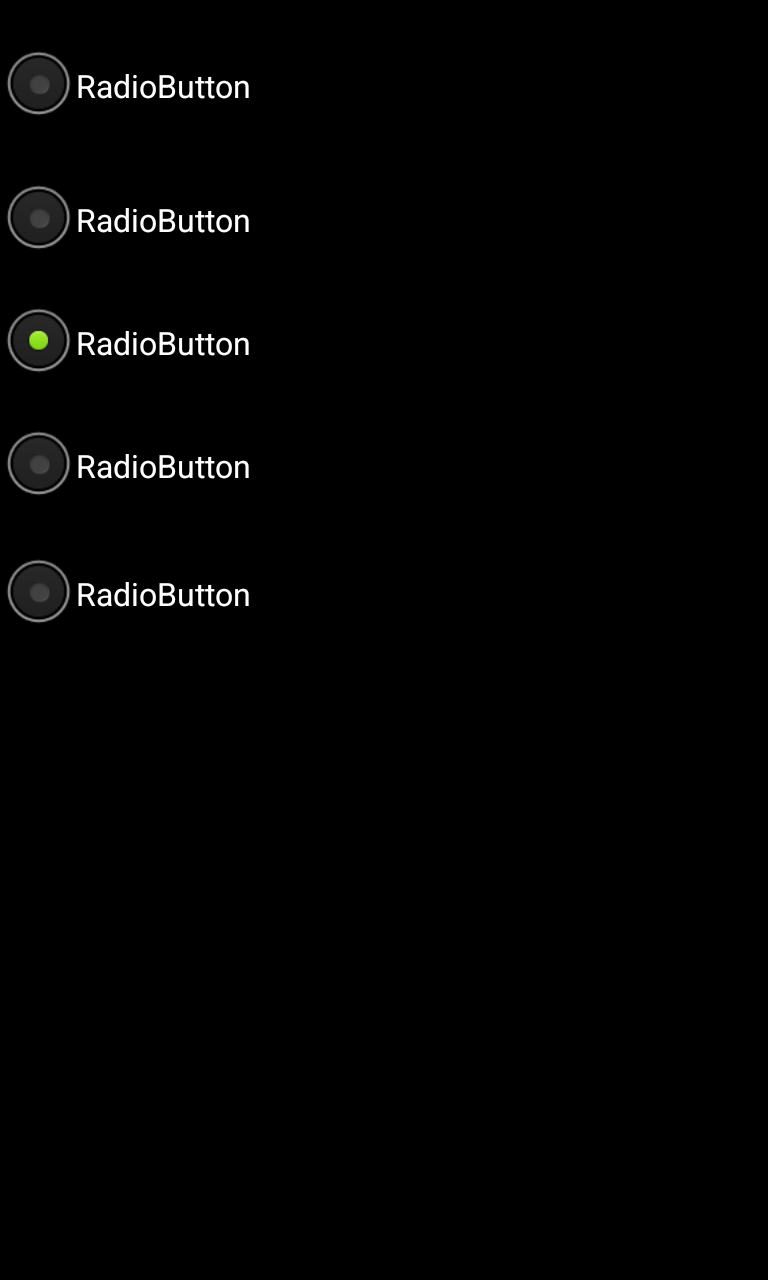
Repository: androportal/APL-apk
Layout: test/chooselanguage/res/layout/main.xml
An editor plug-in stored every save of this project. The layout is shown before and after the next save, followed by the edit.
It is drawn on a 768 x 1280 px phone screen (xhdpi) without system bars, with theme android:Theme; the app's code is not run.

Above is the layout before, as saved 2012-05-18 13:38:47.

### test/chooselanguage/res/layout/main.xml
<?xml version="1.0" encoding="utf-8"?>
<LinearLayout xmlns:android="http://schemas.android.com/apk/res/android"
    android:layout_width="fill_parent"
    android:layout_height="wrap_content"
    android:orientation="vertical" >

    <RadioGroup
        android:id="@+id/radioGroup1"
        android:layout_width="wrap_content"
        android:layout_height="match_parent" >

        <RadioButton
            android:id="@+id/radio0"
            android:layout_width="wrap_content"
            android:layout_height="86dp"
            android:checked="true"
            android:text="RadioButton" />

        <RadioButton
            android:id="@+id/RadioButton02"
            android:layout_width="wrap_content"
            android:layout_height="wrap_content"
            android:checked="true"
            android:text="RadioButton" />

        <RadioButton
            android:id="@+id/RadioButton01"
            android:layout_width="wrap_content"
            android:layout_height="75dp"
            android:checked="true"
            android:text="RadioButton" />

        <RadioButton
            android:id="@+id/radio1"
            android:layout_width="wrap_content"
            android:layout_height="wrap_content"
            android:text="RadioButton" />

        <RadioButton
            android:id="@+id/radio2"
            android:layout_width="match_parent"
            android:layout_height="80dp"
            android:text="RadioButton" />
    </RadioGroup>

</LinearLayout>

After the next save:
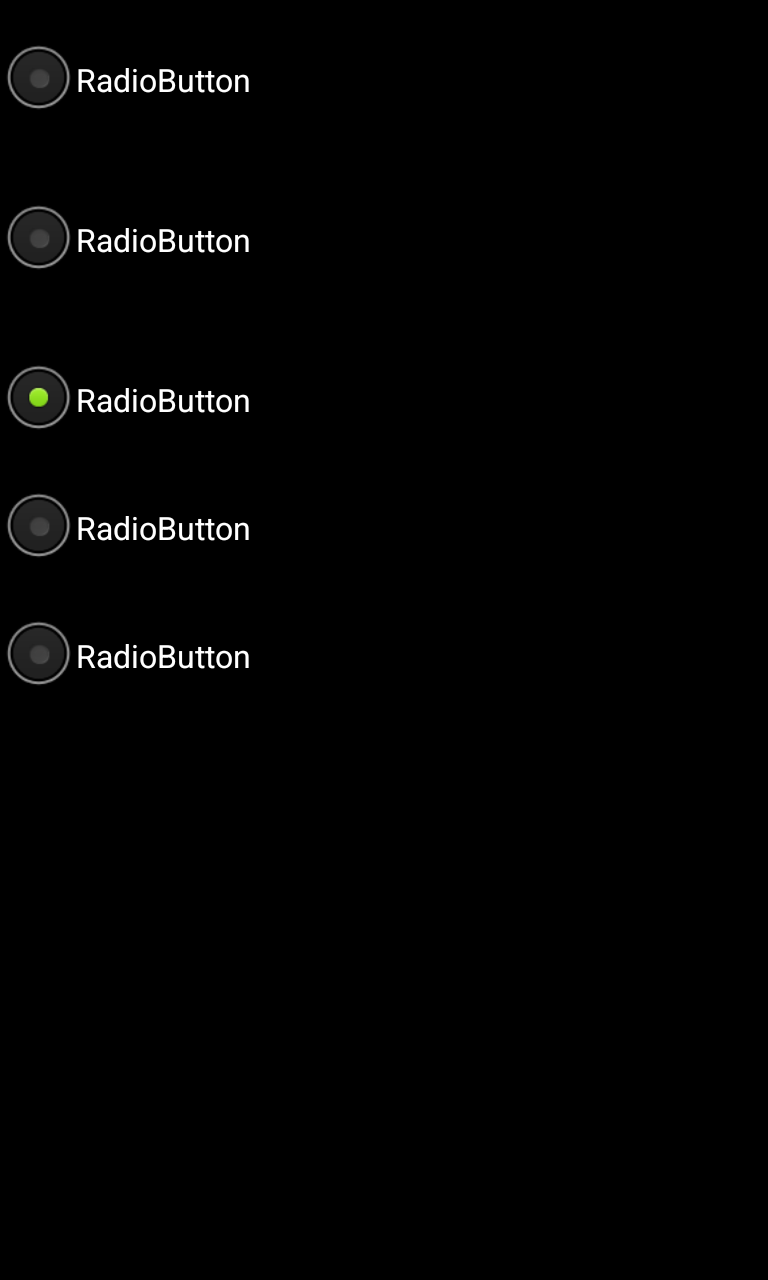
Saved 90 s later.
--- a/test/chooselanguage/res/layout/main.xml
+++ b/test/chooselanguage/res/layout/main.xml
@@ -12,7 +12,7 @@
         <RadioButton
             android:id="@+id/radio0"
             android:layout_width="wrap_content"
-            android:layout_height="86dp"
+            android:layout_height="80dp"
             android:checked="true"
             android:text="RadioButton" />
 
@@ -20,19 +20,21 @@
             android:id="@+id/RadioButton02"
             android:layout_width="wrap_content"
             android:layout_height="wrap_content"
+            android:layout_height="80dp"
             android:checked="true"
             android:text="RadioButton" />
 
         <RadioButton
             android:id="@+id/RadioButton01"
             android:layout_width="wrap_content"
-            android:layout_height="75dp"
+           android:layout_height="80dp"
             android:checked="true"
             android:text="RadioButton" />
 
         <RadioButton
             android:id="@+id/radio1"
             android:layout_width="wrap_content"
+            android:layout_height="80dp"
             android:layout_height="wrap_content"
             android:text="RadioButton" />
 
